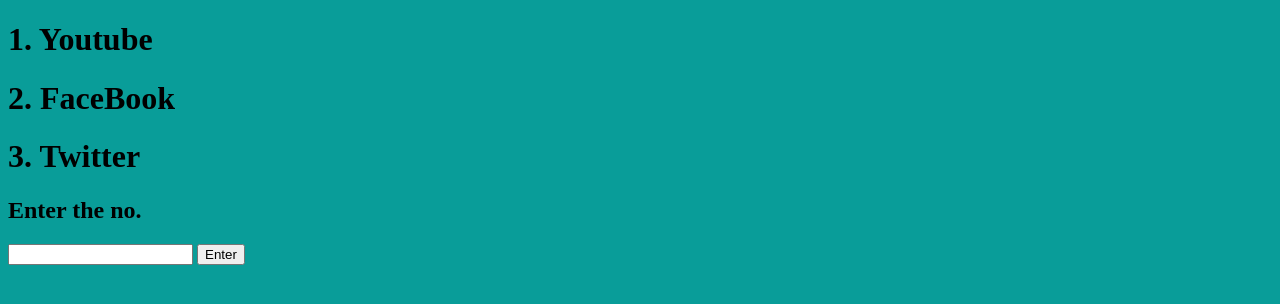
Repository: Strangeryoga/JSHS
Page: J2EE/P1/src/main/webapp/ok.html
An editor plug-in stored every save of this project. The page is shown before and after the next save, followed by the edit.
The browser window is 1280 px wide. The pictures show the whole page.

Above is the page before, as saved 2023-05-22 18:27:53.

After the next save:
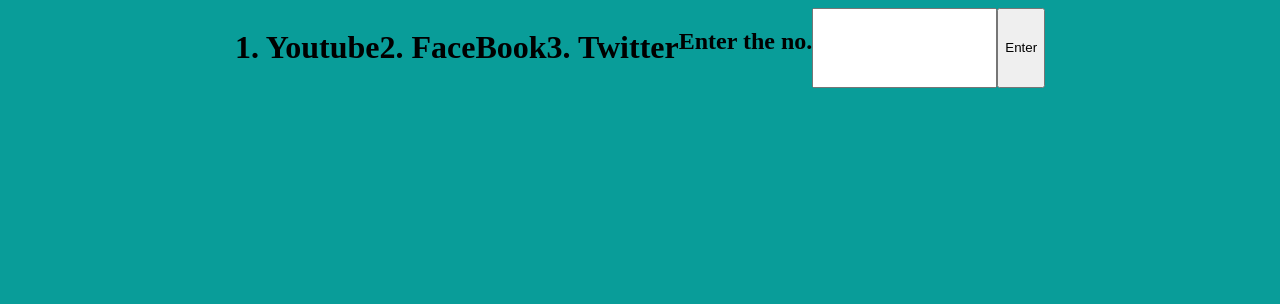
Saved 2 min 58 s later.
--- a/J2EE/P1/src/main/webapp/ok.html
+++ b/J2EE/P1/src/main/webapp/ok.html
@@ -6,7 +6,7 @@
 </head>
 <body bgcolor=#099D99>
 
-<form action="h1" method="post">
+<form action="h1" method="post" style="justify-content:center; display: flex;">
 <h1>1. Youtube</h1>
 <h1>2. FaceBook</h1>
 <h1>3. Twitter</h1>

After the save that followed:
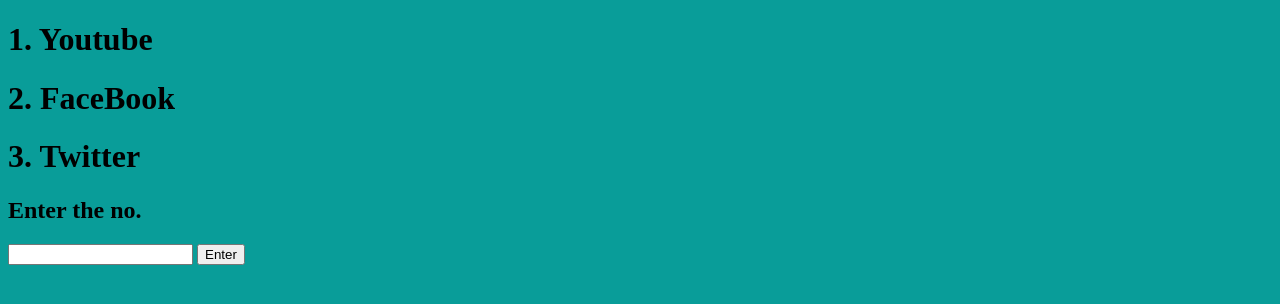
Saved 23 s later.
--- a/J2EE/P1/src/main/webapp/ok.html
+++ b/J2EE/P1/src/main/webapp/ok.html
@@ -6,7 +6,7 @@
 </head>
 <body bgcolor=#099D99>
 
-<form action="h1" method="post" style="justify-content:center; display: flex;">
+<form action="h1" method="post" style="justify-content:center;">
 <h1>1. Youtube</h1>
 <h1>2. FaceBook</h1>
 <h1>3. Twitter</h1>
